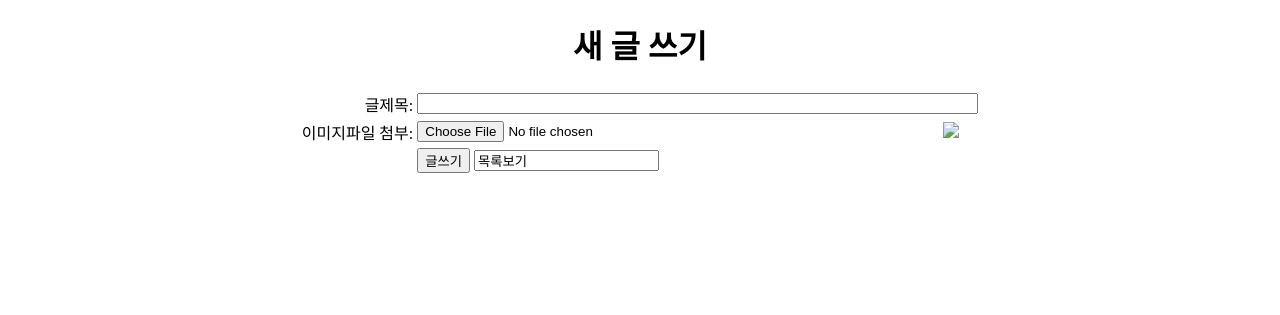
Repository: khkhkhh/JAVA
Page: http://localhost/pro17/board/articleForm.do
These files come from the project's save history. The page is drawn as it stood at one moment and after the next save; the edit follows.
The browser window is 1280 px wide. The pictures show the whole page.
The page is served by Tomcat 9. Other server files are loaded and not shown.

Above is the page before, as saved 2022-08-09 07:01:18.

### pro17/src/main/webapp/board02/articleForm.jsp
<%@ page language="java" contentType="text/html; charset=UTF-8"
	pageEncoding="UTF-8" isELIgnored="false"%>
<%@ taglib prefix="fmt" uri="http://java.sun.com/jsp/jstl/fmt"%>
<%@ taglib prefix="c" uri="http://java.sun.com/jsp/jstl/core"%>
<c:set var="contextPath" value="${pageContext.request.contextPath }" />
<%
request.setCharacterEncoding("UTF-8");
%>
<!DOCTYPE html>
<html>
<head>
<meta charset="UTF-8">
<title>글쓰기창</title>
<script src="http://code.jquery.com/jquery-altest.min.js"></script>
<script type="text/javascript">
	function readURL(input) {
		if (input.files && input.files[0]) {
			var reader = new FileReader();
			reader.onload = function(e) {
				$('#preview').attr('src', e.target.result);
			}
			reader.readAsDateURL(input.files[0]);
		}
	}
	function backToList(ojb) {
		obj.action = "${contextPath}/board/listArticles.do";
		obj.submit();
	}
</script>
<title>새글 쓰기창</title>
</head>
<body>
	<h1 style="text-align: center">새 글 쓰기</h1>
	<form name="articleForm" method="post"
		action="${contextPath }/board/addArticle.do"
		enctype="multipart/form-data">
		<table border="0" align="center">
			<tr>
				<td align="right">글제목:</td>
				<td colspan="2"><input type="text" size="67" maxlength="500"
					name="title" /></td>
			</tr>
			<tr>
				<td align="right">이미지파일 첨부:</td>
				<td><input type="file" name="imageFileName"
					onchange="readURL(this);" /></td>
				<td><img id="preview" src="#" width=200 hieght=200 /></td>
			</tr>
			<tr>
				<td align="right"></td>
				<td colspan="2"><input type="submit" value="글쓰기" /> <input
					tye="button" value="목록보기" onClick="backToList(this.form)" /></td>
			</tr>
		</table>
	</form>
</body>
</html>

### pro17/src/main/java/sec03/brd02/BoardController.java
package sec03.brd02;

import java.io.File;
import java.io.IOException;
import java.util.ArrayList;
import java.util.HashMap;
import java.util.List;
import java.util.Map;

import javax.servlet.RequestDispatcher;
import javax.servlet.Servlet;
import javax.servlet.ServletConfig;
import javax.servlet.ServletException;
import javax.servlet.annotation.WebServlet;
import javax.servlet.http.HttpServlet;
import javax.servlet.http.HttpServletRequest;
import javax.servlet.http.HttpServletResponse;

import org.apache.commons.fileupload.FileItem;
import org.apache.commons.fileupload.disk.DiskFileItemFactory;
import org.apache.commons.fileupload.servlet.ServletFileUpload;



/**
 * Servlet implementation class BoardController
 */
@WebServlet("/board/*")
public class BoardController extends HttpServlet {
	private static String ARTICLE_IMAGE_REPO = "C:\\board\\article_image";
	BoardService boardService;
	ArticleVO articleVO;

	/**
	 * @see Servlet#init(ServletConfig)
	 */
	public void init(ServletConfig config) throws ServletException {
		boardService = new BoardService();
		articleVO = new ArticleVO();
	}

	/**
	 * @see HttpServlet#doGet(HttpServletRequest request, HttpServletResponse
	 *      response)
	 */
	protected void doGet(HttpServletRequest request, HttpServletResponse response)
			throws ServletException, IOException {
		// TODO Auto-generated method stub
		doHandle(request, response);
	}

	/**
	 * @see HttpServlet#doPost(HttpServletRequest request, HttpServletResponse
	 *      response)
	 */
	protected void doPost(HttpServletRequest request, HttpServletResponse response)
			throws ServletException, IOException {
		// TODO Auto-generated method stub
		doHandle(request, response);
	}

	private void doHandle(HttpServletRequest request, HttpServletResponse response)
			throws ServletException, IOException {
		String nextPage = "";
		request.setCharacterEncoding("utf-8");
		response.setContentType("text/html; charset=utf-8");
		String action = request.getPathInfo();
		System.out.println("action:" + action);
		try {
			List<ArticleVO> articlesList = new ArrayList<ArticleVO>();
			if (action.equals("/*") || action.equals("/listArticles.do")) {
				articlesList = boardService.listArticles();
				request.setAttribute("articlesList", articlesList);
				nextPage = "/board02/listArticles.jsp";
			} else if (action.equals("/articleForm.do")) {
				nextPage = "/board02/articleForm.jsp";
			} else if (action.equals("/addArticle.do")) {
				Map<String, String> articleMap = upload(request, response);
				String title = articleMap.get("title");
				String content = articleMap.get("content");
				String imageFileName = articleMap.get("imageFileName");

				articleVO.setParentNO(0);
				articleVO.setId("hong");
				articleVO.setTitle(title);
				articleVO.setContent(content);
				articleVO.setImageFileName(imageFileName);
				boardService.addArticle(articleVO);
				nextPage = "/board/listArticles.do";
			}
			RequestDispatcher dispatch = request.getRequestDispatcher(nextPage);
			dispatch.forward(request, response);
		} catch (Exception e) {
			e.printStackTrace();
		}
	}

	private Map<String, String> upload(HttpServletRequest request, HttpServletResponse response)
			throws ServletException, IOException {
		Map<String, String> articleMap = new HashMap<String, String>();
		String encoding = "utf-8";
		File currentDirPath = new File(ARTICLE_IMAGE_REPO);
		DiskFileItemFactory factory = new DiskFileItemFactory();
		factory.setRepository(currentDirPath);
		factory.setSizeThreshold(1024 * 1024);
		ServletFileUpload upload = new ServletFileUpload(factory);
		try {
			List items = upload.parseRequest(request);
			for (int i = 0; i < items.size(); i++) {
				FileItem fileItem = (FileItem) items.get(i);
				if (fileItem.isFormField()) {
					System.out.println(fileItem.getFieldName() + "=" + fileItem.getString(encoding));
					articleMap.put(fileItem.getFieldName(), fileItem.getString(encoding));
				} else {
					System.out.println("파라미터이름:" + fileItem.getFieldName());
					System.out.println("파일이름:" + fileItem.getName());
					System.out.println("파일크기:" + fileItem.getSize() + "bytes");

					if (fileItem.getSize() > 0) {
						int idx = fileItem.getName().lastIndexOf("\\");
						if (idx == -1) {
							idx = fileItem.getName().lastIndexOf("/");
						}

						String fileName = fileItem.getName().substring(idx + 1);
						File uploadFile = new File(currentDirPath + "\\" + fileName);
						fileItem.write(uploadFile);
					} // end if
				} // end if
			} // end for
		} catch (Exception e) {
			e.printStackTrace();
		}
		return articleMap;
	}

}

### pro17/src/main/java/sec03/brd02/BoardDAO.java
package sec03.brd02;

import java.util.List;
import java.sql.Connection;
import java.sql.PreparedStatement;
import java.sql.ResultSet;
import java.util.ArrayList;
import java.util.Date;

import javax.naming.Context;
import javax.naming.InitialContext;
import javax.sql.DataSource;

public class BoardDAO {
	private DataSource dataFactory;
	Connection conn;
	PreparedStatement pstmt;

	public BoardDAO()

	{
		try {
			Context ctx = new InitialContext();
			Context envContext = (Context) ctx.lookup("java:/comp/env");
			dataFactory = (DataSource) envContext.lookup("jdbc/servletex");
		} catch (Exception e) {
			e.printStackTrace();
		}
	}

	public List selectAllArticles() {
		List articlesList = new ArrayList();
		try {
			conn = dataFactory.getConnection();
			String query = "SELECT FUNCTION_hierarchical() AS articleNO, "
					+ "@LEVEL AS  LEVEL, parentNO, title, content, "
					+ "id, writeDate FROM(SELECT @start_with:=0, "
					+ "@articleNO:=@start_with, @LEVEL:=0)"
					+ " tbl JOIN t_board;";
			System.out.println(query);
			pstmt = conn.prepareStatement(query);
			ResultSet rs = pstmt.executeQuery();
			while (rs.next()) {
				int level = rs.getInt("level");
				int articleNO = rs.getInt("articleNO");
				int parentNO = rs.getInt("parentNO");
				String title = rs.getString("title");
				String content = rs.getString("content");
				String id = rs.getString("id");
				Date writeDate = rs.getDate("writeDate");
				ArticleVO article = new ArticleVO();
				article.setLevel(level);
				article.setArticleNO(articleNO);
				article.setParentNO(parentNO);
				article.setTitle(title);
				article.setContent(content);
				article.setId(id);
				article.setWriteDate(writeDate);
				articlesList.add(article);
			}
			rs.close();
			pstmt.close();
			conn.close();
		} catch (Exception e) {
			e.printStackTrace();
		}
		return articlesList;
	}

	private int getNewArticleNO() {
		try {
			conn=dataFactory.getConnection();
			String query="SELECT max(articleNO) from t_board";
			System.out.println(query);
			pstmt=conn.prepareStatement(query);
			ResultSet rs=pstmt.executeQuery(query);
			if(rs.next())
				return (rs.getInt(1)+1);
			rs.close();
			pstmt.close();
			conn.close();
		}catch(Exception e) {
			e.printStackTrace();
		}
		return 0;
	}

	public void insertNewArticle(ArticleVO article) {
		try {
			conn=dataFactory.getConnection();
			int articleNO=getNewArticleNO();
			int parentNO=article.getParentNO();
			String title=article.getTitle();
			String content=article.getContent();
			String id=article.getId();
			String imageFileName=article.getImageFileName();
			String query="INSERT INTO t_board (articleNO, parentNO, title, "
					+ "content, iamgeFileName, id)"
					+"VALUES(?,?,?,?,?,?)";
			System.out.println(query);
			pstmt=conn.prepareStatement(query);
			pstmt.setInt(1, articleNO);
			pstmt.setInt(2, parentNO);
			pstmt.setString(3,  title);
			pstmt.setString(4, content);
			pstmt.setString(5, imageFileName);
			pstmt.setString(6, id);
			pstmt.executeUpdate();
			pstmt.close();
			conn.close();
		}catch(Exception e) {
			e.printStackTrace();
		}
	}

}

After the next save:
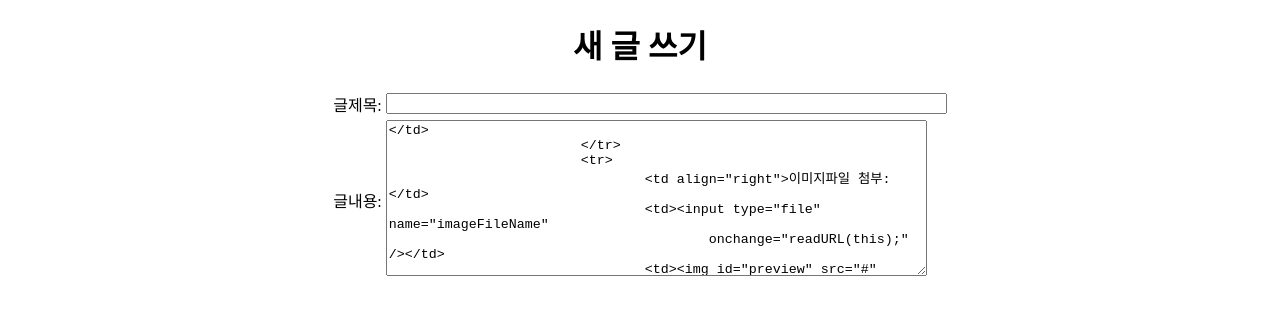
Saved 2 min 37 s later.
--- a/pro17/src/main/webapp/board02/articleForm.jsp
+++ b/pro17/src/main/webapp/board02/articleForm.jsp
@@ -41,6 +41,11 @@ request.setCharacterEncoding("UTF-8");
 					name="title" /></td>
 			</tr>
 			<tr>
+				<td align="right">글내용:</td>
+				<td colspan="2"><textarea name="content" rows="10" cols="65" maxlength="5000"
+					name="title" /></td>
+			</tr>
+			<tr>
 				<td align="right">이미지파일 첨부:</td>
 				<td><input type="file" name="imageFileName"
 					onchange="readURL(this);" /></td>
